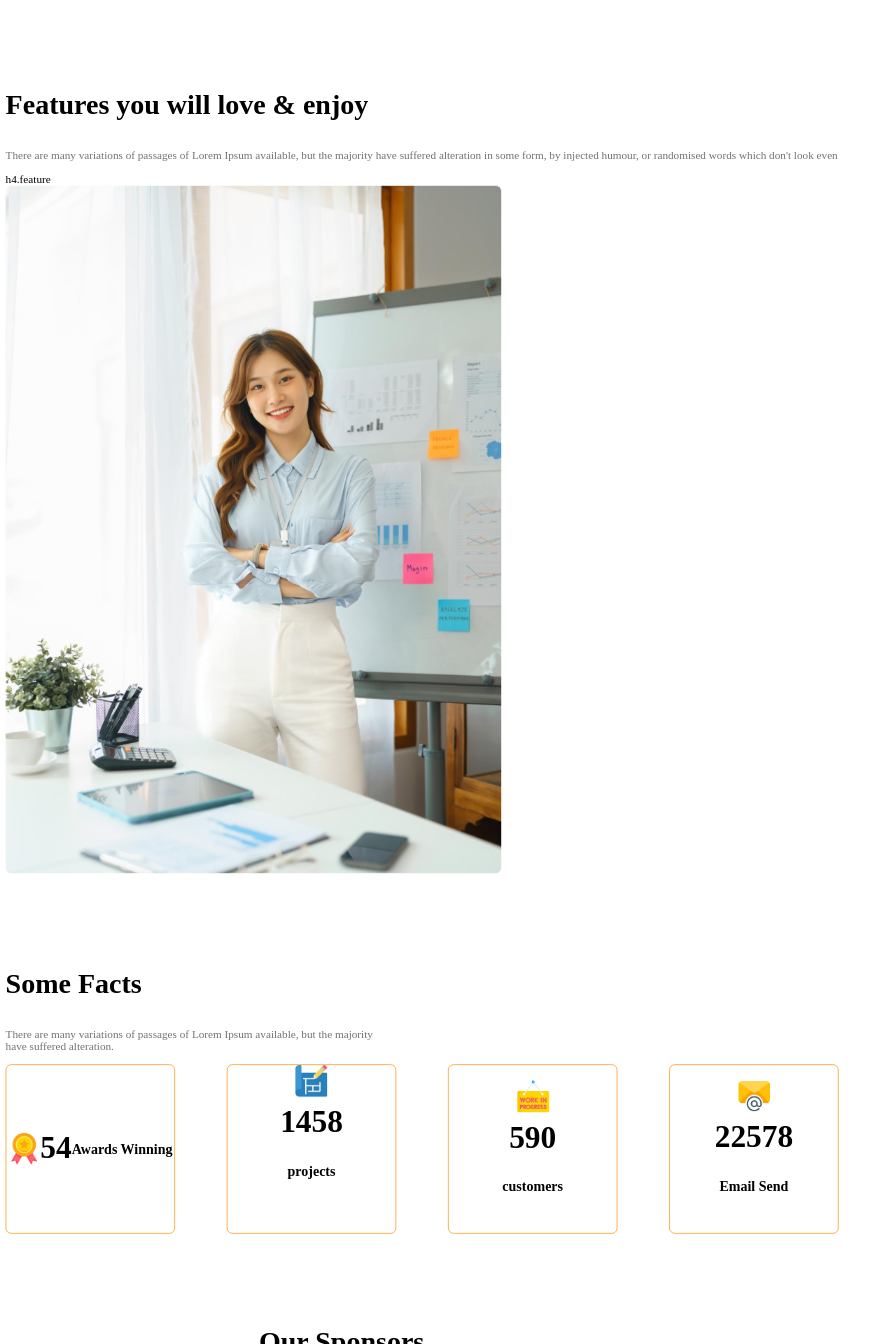
Repository: tanimtanzilislam/g3-architect-website
Page: index.html
An editor plug-in stored every save of this project. The page is shown before and after the next save, followed by the edit.
The browser window is 1280 px wide. The pictures show the part of the page from y = 2688 to 4608 px (the page is 4878 px tall before and 4865 px after), at 70% of full size.

Above is the page before, as saved 2026-02-06 22:24:15.

After the next save:
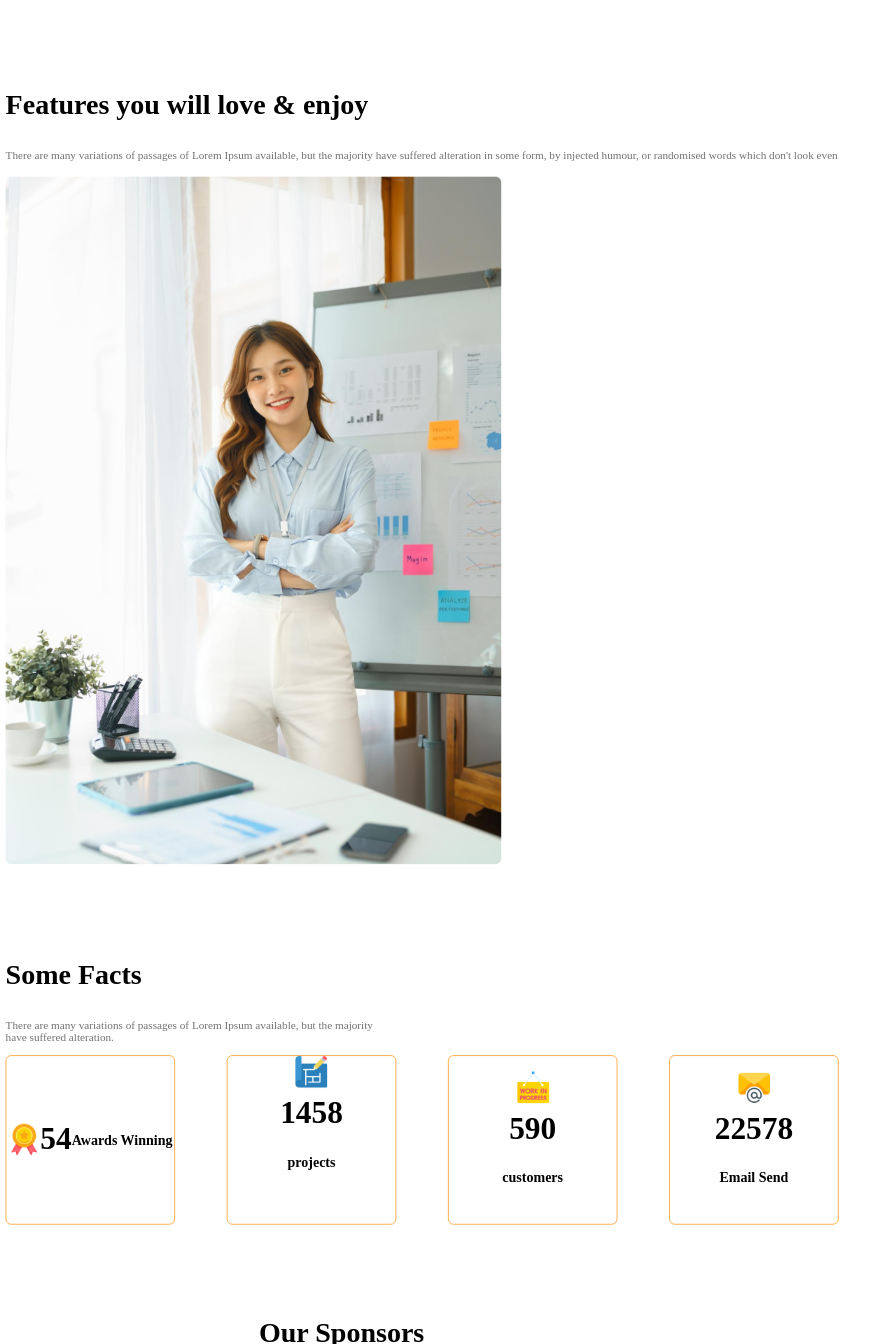
Saved 4 s later.
--- a/index.html
+++ b/index.html
@@ -66,7 +66,7 @@
 
            <!-- feature card container -->
             <div class="feature-card">
-                h4.feature
+                <h4 class="feature-title"></h4>
             </div>
             </div>
             <div>
